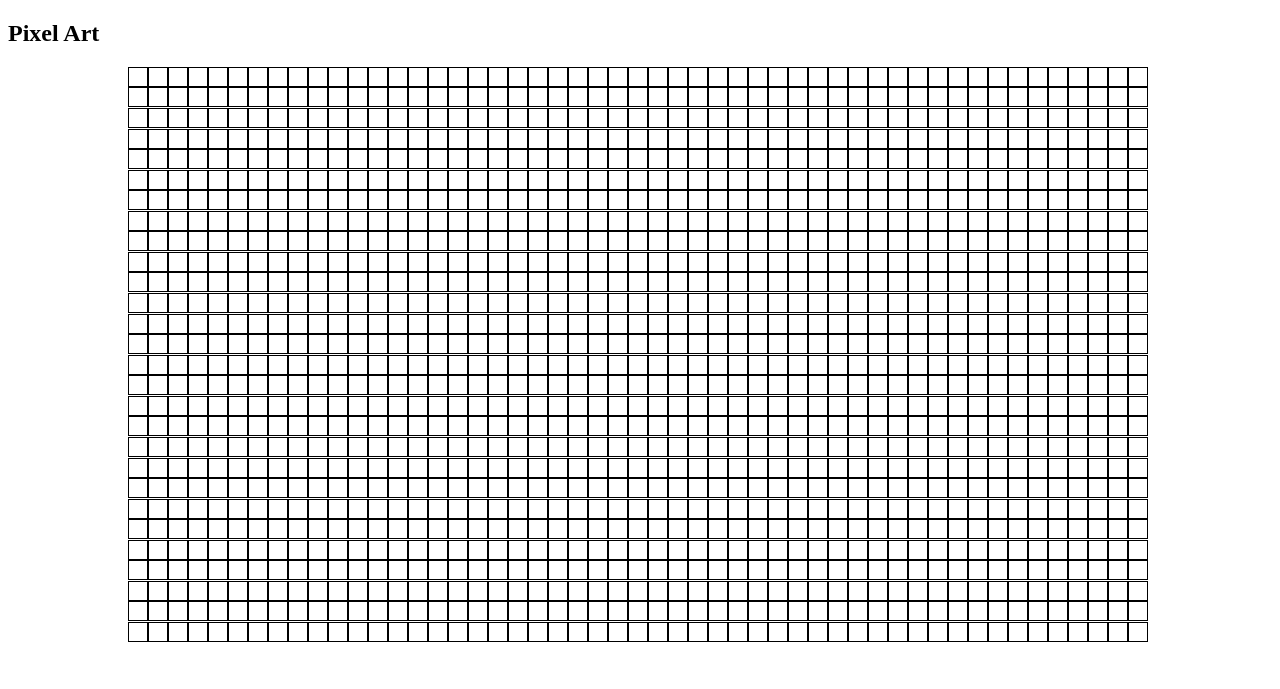
Repository: bechara611/pixelartdb
Page: /
An editor plug-in stored every save of this project. The page is shown before and after the next save, followed by the edit.
The browser window is 1280 px wide. The pictures show the whole page.
The project was rebuilt for these pictures with package versions that can differ from the ones it lists, and the page was loaded fresh each time. Also part of the build but not shown: vite.config.js.

Above is the page before, as saved 2023-03-05 20:42:48.

After the next save:
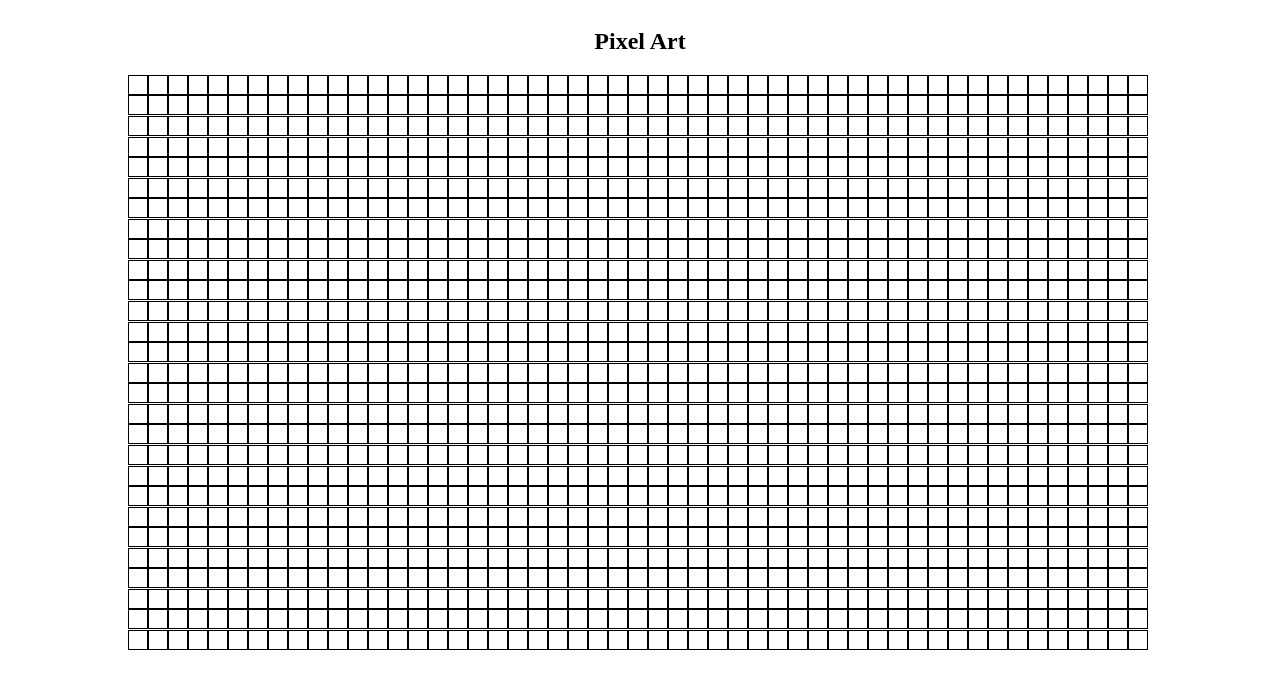
Saved 15 s later.
--- a/src/App.jsx
+++ b/src/App.jsx
@@ -27,7 +27,10 @@ const funcionArray=(index)=>{
 
   return (
     <>
-    <h2>Pixel Art</h2>
+    <div className="contenedor-mayor">
+        <h2>Pixel Art</h2>
+        </div>
+
     <div className="contenedor-mayor">
 
       <div className="contenedor" id='contenedor'>
